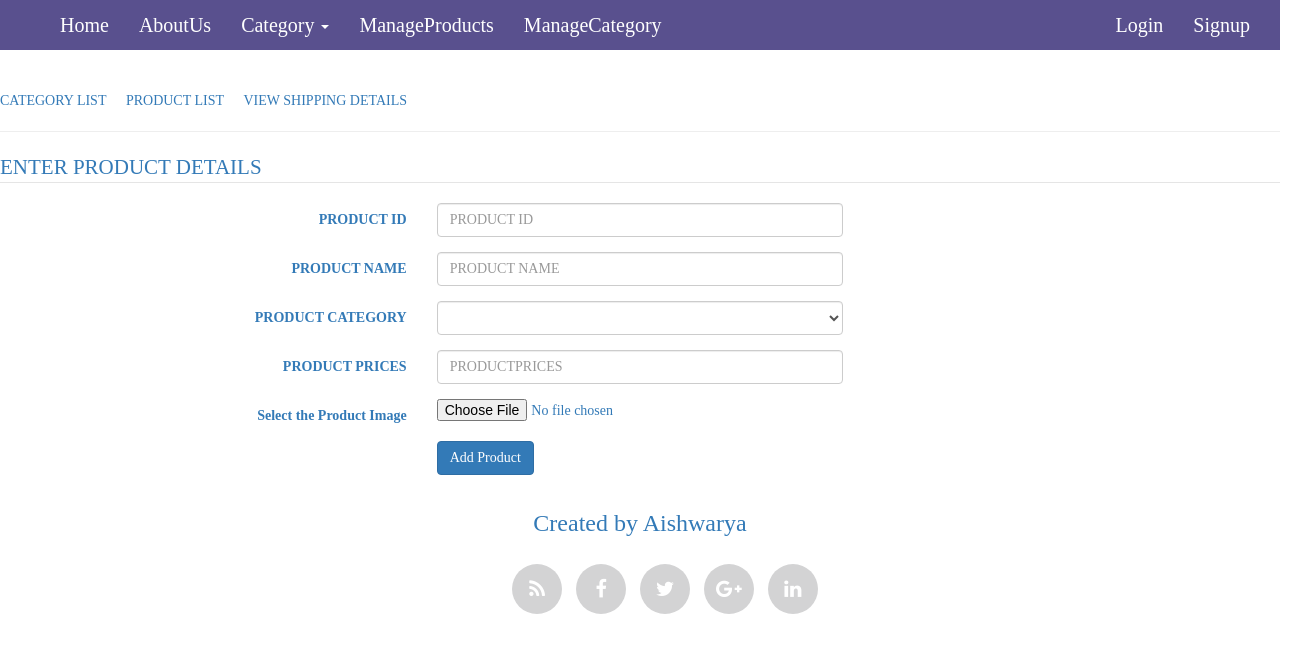
Repository: qwertuy/DTPROGRAMSPROJECTS
Page: http://localhost/Ecommerce/WEB-INF/views/Adding.jsp
An editor plug-in stored every save of this project. The page is shown before and after the next save, followed by the edit.
The browser window is 1280 px wide. The page is 1295 px wide, so the pictures cover 1295 px, including what lies to the right of the window. The pictures show the whole page.
Some web libraries are served in a nearby version. The page is served by Tomcat 9. Nobody is signed in. Other server files are loaded and not shown. The template is opened directly, without the code that normally fills it, so the values that code supplies are empty.

Above is the page before, as saved 2018-03-18 11:56:50.
Console error: SyntaxError: Unexpected token '{'

### Ecommerce/src/main/webapp/WEB-INF/views/Adding.jsp
<%@ page language="java" contentType="text/html; charset=ISO-8859-1"
    pageEncoding="ISO-8859-1"%>
<!DOCTYPE html PUBLIC "-//W3C//DTD HTML 4.01 Transitional//EN" "http://www.w3.org/TR/html4/loose.dtd">

<%@ taglib prefix="form" uri="http://www.springframework.org/tags/form"%>
<%@ taglib uri="http://java.sun.com/jsp/jstl/core" prefix="c"%>

<html>
<head>
<meta http-equiv="Content-Type" content="text/html; charset=ISO-8859-1">
<title>Insert title here</title>
<!-- To Access the Bootstrap link -->
<link rel="stylesheet" href="https://maxcdn.bootstrapcdn.com/bootstrap/3.3.7/css/bootstrap.min.css">
<script src="https://ajax.googleapis.com/ajax/libs/jquery/3.2.1/jquery.min.js"></script>
<script src="https://maxcdn.bootstrapcdn.com/bootstrap/3.3.7/js/bootstrap.min.js"></script>
<link href="//maxcdn.bootstrapcdn.com/font-awesome/4.1.0/css/font-awesome.min.css" rel="stylesheet">

</head>
<body>

<!-- AddProduct coding  started -->
<jsp:include page="header.jsp"></jsp:include><br><br>
<a href="categorylist" style="font-family: Baskerville Old Face;">CATEGORY LIST</a>&nbsp;&nbsp;&nbsp;&nbsp;
<!-- <a href="supplierlist" style="font-family: fantasy;">SUPPLIERLIST</a>&nbsp;&nbsp;&nbsp;&nbsp; -->
<a href="productlistview" style="font-family: Baskerville Old Face;">PRODUCT LIST</a>&nbsp;&nbsp;&nbsp;&nbsp;
<a href="viewshipdetails" style="font-family: Baskerville Old Face;">VIEW SHIPPING DETAILS</a>&nbsp;&nbsp;&nbsp;&nbsp;

<hr>
<form class="form-horizontal" action="addProduct" method="post" enctype="multipart/form-data">
<fieldset>

<!-- Form Name -->
<legend><a href="" style="colour:black;font-family:Aharoni">ENTER PRODUCT DETAILS</legend>


<!-- Text input-->
<div class="form-group">
  <label class="col-md-4 control-label" for="product_id"style="colour:black;font-family: Aharoni">PRODUCT ID</label>
  <div class="col-md-4">
  <input id="product_id"  name="id" placeholder="PRODUCT ID" class="form-control input-md" required="" type="text">

  </div>
</div>

<!-- Text input-->
<div class="form-group">
  <label class="col-md-4 control-label" for="product_name"style="colour:black;font-family: Aharoni">PRODUCT NAME</label>
  <div class="col-md-4">
  <input id="product_name" name="pname" placeholder="PRODUCT NAME" class="form-control input-md" required="" type="text">

  </div>
</div>


<!-- Select Basic -->
<div class="form-group">
  <label class="col-md-4 control-label" for="product_categorie"style="colour:black;font-family: Aharoni">PRODUCT CATEGORY</label>
  <div class="col-md-4">
    <select id="product_categorie" name="cid" class="form-control">

             <c:forEach var="cList" items="${clist}">

                <option value="${cList.categoryid}">${cList.categoryname}</option>
                </c:forEach>
    </select>
  </div>
</div>

<!-- Text input-->
<div class="form-group">
  <label class="col-md-4 control-label" for="product_prices"style="colour:black;font-family: Aharoni">PRODUCT PRICES</label>
  <div class="col-md-4">
  <input id="available_quantity" name="price" placeholder="PRODUCTPRICES" class="form-control input-md" required="" type="text">

  </div>
</div>

 <!-- File Button -->
<div class="form-group">
  <label class="col-md-4 control-label" for="filebutton"style="colour:black;font-family: Aharoni">Select the Product Image</label>
  <div class="col-md-4">
    <input id="filebutton" name="file" class="input-file" type="file">
  </div>
</div>

<!-- Button -->
<div class="form-group">
  <label class="col-md-4 control-label" for="singlebutton"></label>
  <div class="col-md-4">
    <button id="singlebutton" name="singlebutton" class="btn btn-primary"style="colour:black;font-family:Bradley Hand ITC">Add Product</button>
  </div>
  </div>

</fieldset>
</form>

      <%--  <!-- AddCategory -->

       <form class="form-horizontal" action="category"  method="post">
<fieldset>

<!-- Form Name -->
<legend>ADD CATEGORY</legend>

<!-- Text input-->
<div class="form-group">
  <label class="col-md-4 control-label" for="product_id">CATEGORY ID</label>
  <div class="col-md-4">
  <input id="category_id"  name="c_id" placeholder="CATEGORY ID" class="form-control input-md" required="" type="text">

  </div>
</div>

<!-- Text input-->
<div class="form-group">
  <label class="col-md-4 control-label" for="product_name">CATEGORY NAME</label>
  <div class="col-md-4">
  <input id="category_name" name="c_name" placeholder="CATEGORY NAME" class="form-control input-md" required="" type="text">

  </div>
</div>





<!-- Button -->
<div class="form-group">
  <label class="col-md-4 control-label" for="singlebutton"></label>
  <div class="col-md-4">
    <button id="singlebutton" name="singlebutton" class="btn btn-primary">AddCategory</button>
  </div>
  </div>

</fieldset>
</form> --%>
    <jsp:include page="footer.jsp"></jsp:include>


</body>
</html>

### Ecommerce/src/main/webapp/WEB-INF/views/header.jsp
<%@ page language="java" contentType="text/html; charset=ISO-8859-1"
    pageEncoding="ISO-8859-1"%>
    <%@ taglib prefix = "c" uri = "http://java.sun.com/jsp/jstl/core" %>
<!DOCTYPE html PUBLIC "-//W3C//DTD HTML 4.01 Transitional//EN" "http://www.w3.org/TR/html4/loose.dtd">
<html>
<head>
<meta http-equiv="Content-Type" content="text/html; charset=ISO-8859-1">
<title>BOHEMIAN</title>

 <link rel="stylesheet" href="https://maxcdn.bootstrapcdn.com/bootstrap/3.3.7/css/bootstrap.min.css">
  <script src="https://ajax.googleapis.com/ajax/libs/jquery/3.2.1/jquery.min.js"></script>
  <script src="https://maxcdn.bootstrapcdn.com/bootstrap/3.3.7/js/bootstrap.min.js"></script>
  <link href="//maxcdn.bootstrapcdn.com/font-awesome/4.1.0/css/font-awesome.min.css" rel="stylesheet">

<style type="text/css">
  .backgroundclr
  {
    background-color: #59508e;
  }
</style>

<!-- datatable -->
<link rel="stylesheet" href="https://maxcdn.bootstrapcdn.com/bootstrap/3.3.7/css/bootstrap.min.css" integrity="sha384-BVYiiSIFeK1dGmJRAkycuHAHRg32OmUcww7on3RYdg4Va+PmSTsz/K68vbdEjh4u" crossorigin="anonymous">

<link rel="stylesheet" type="text/css" href="./resources/css/dataTables.bootstrap.min.css"/>

<link rel="stylesheet" type="text/css" href="./resources/css/ss.css"/>


<link rel="stylesheet" type="text/css" href="./resources/css/datatables.css"/>


<link rel="stylesheet" type="text/css" href="./resources/css/datatables.min.css"/>

<script
  src="https://code.jquery.com/jquery-3.2.1.min.js"
  integrity="sha256-hwg4gsxgFZhOsEEamdOYGBf13FyQuiTwlAQgxVSNgt4="
  crossorigin="anonymous"></script>
  <script type="text/javascript" src="./resources/js/jquery.dataTables.min.js"></script>
<script type="text/javascript" src="./resources/js/dataTables.bootstrap.min.css"></script>

<script type="text/javascript">
$(document).ready(function(){
    $('.table').DataTable();
});
</script>
<!-- end -->
</head>
<body>
<nav class="backgroundclr">
	<div class="container-fluid">

		<div class="navbar-header">
			<button type="button" class="navbar-toggle collapsed"
				data-toggle="collapse" data-target="#bs-example-navbar-collapse-1"
				aria-expanded="false">
				<span class="sr-only">Toggle navigation</span> <span
					class="icon-bar"></span> <span class="icon-bar"></span> <span
					class="icon-bar"></span>
			</button>

			<a class="navbar-brand" href="./">
			<%-- 	<img src='<c:url value="./resources/images/boho.jpg" />' class="img-circle" width="50px" height="25px" /> --%>
			<%-- <img src="${pageContext.request.contextPath}/resources/images/weblog1.jpg" class="img-circle" width="50px" height="25px"/> --%>
			</a>
		</div>

		<div class="collapse navbar-collapse">
			<ul class="nav navbar-nav">
			  <li ><a href="" style="font-size:20px;color:white;font-family:Aharoni">Home</a></li>
				<li><a href="" style="font-size:20px;color:white;font-family:Aharoni">AboutUs</a></li>
				<li class="dropdown" style="font-family:Aharoni"><a href="#" class="dropdown-toggle" data-toggle="dropdown" role="button" aria-haspopup="true"
					aria-expanded="Aharoni"  style="font-size:20px;color:white">Category <span class="caret"></span></a>
					<ul class="dropdown-menu">

						<c:forEach items="${clist}" var="p">
						 <li><a href="categoryproductlist?id=${p.categoryid}">${p.categoryname}</a></li>
						 <%-- <li><a href='<c:url value="categoryproductlist?id=${p.categoryid}">${p.categoryname}"/>'</a></li> --%>
						</c:forEach>
						</li>

					</ul>

				</li>
					 <li style="font-family:Aharoni"><a href="<c:url value="/admin/add"/>" role="button" aria-haspopup="true"
					aria-expanded="false" style="font-size:20px;color:white">ManageProducts</a>

					<li style="font-family:Aharoni"><a href="<c:url value="/admin/add1"/>" role="button" aria-haspopup="true"
					aria-expanded="false" style="font-size:20px;color:white">ManageCategory</a>

					</li>


					</li>
					<!-- <li><a href="<c:url value="admin/productlistview"/>" style="font-family: fantasy;">PRODUCTLIST</a>-->
			</ul>


				<c:if test="${pageContext.request.userPrincipal.name  == 'admin'}">
                                <li><a href="<c:url value="/admin" />">Admin</a></li>
                 </c:if>
                 </ul>
			  <ul class="nav navbar-nav navbar-right">
			  <c:if test="${pageContext.request.userPrincipal.name == null }">
					<li>
					<%-- <a href=' <c:url value="/login" />'>Login</a> --%>
					</li>
					<li style="font-family:Aharoni" ><a href="<c:url value="admin/add"/>" role="button" aria-haspopup="Aharoni"
					aria-expanded="false" style="font-size:20px;color:white">Login</a> </li>
				<li style="font-family:Aharoni"><a href=' <c:url value="/reg" />'class="Aharoni" style="font-size:20px;color:white">Signup</a></li>

				</c:if>
				<c:if test="${pageContext.request.userPrincipal.name  != null}">
                               <li><a>Welcome: ${pageContext.request.userPrincipal.name}</a></li>
	              				<li><a href='<c:url value="/logout" />'>Signout</a></li>
                 </c:if>

				</ul>

		</div>
	</div>
</nav>
</body>
</html>

### Ecommerce/src/main/webapp/WEB-INF/views/footer.jsp
<%@ page language="java" contentType="text/html; charset=ISO-8859-1"
    pageEncoding="ISO-8859-1"%>
<!DOCTYPE html PUBLIC "-//W3C//DTD HTML 4.01 Transitional//EN" "http://www.w3.org/TR/html4/loose.dtd">
<html>
<head>
<meta http-equiv="Content-Type" content="text/html; charset=ISO-8859-1">
<title>BOHEMIAN</title>
<link rel="stylesheet" href="https://maxcdn.bootstrapcdn.com/bootstrap/3.3.7/css/bootstrap.min.css">
  <script src="https://ajax.googleapis.com/ajax/libs/jquery/3.2.1/jquery.min.js"></script>
  <script src="https://maxcdn.bootstrapcdn.com/bootstrap/3.3.7/js/bootstrap.min.js"></script>
  <link href="//maxcdn.bootstrapcdn.com/font-awesome/4.2.0/css/font-awesome.min.css" rel="stylesheet">
  <style type="text/css">


/*=========================
  Icons
 ================= */

/* footer social icons */
ul.social-network {
	list-style: none;
	display: inline;
	margin-left:0 !important;
	padding: 0;
}
ul.social-network li {
	display: inline;
	margin: 0 5px;
}


/* footer social icons */
.social-network a.icoRss:hover {
	background-color: #F56504;
}
.social-network a.icoFacebook:hover {
	background-color:#3B5998;
}
.social-network a.icoTwitter:hover {
	background-color:#33ccff;
}
.social-network a.icoGoogle:hover {
	background-color:#BD3518;
}
.social-network a.icoVimeo:hover {
	background-color:#0590B8;
}
.social-network a.icoLinkedin:hover {
	background-color:#007bb7;
}
.social-network a.icoRss:hover i, .social-network a.icoFacebook:hover i, .social-network a.icoTwitter:hover i,
.social-network a.icoGoogle:hover i, .social-network a.icoVimeo:hover i, .social-network a.icoLinkedin:hover i {
	color:#fff;
}
a.socialIcon:hover, .socialHoverClass {
	color:#44BCDD;
}

.social-circle li a {
	display:inline-block;
	position:relative;
	margin:0 auto 0 auto;
	-moz-border-radius:50%;
	-webkit-border-radius:50%;
	border-radius:50%;
	text-align:center;
	width: 50px;
	height: 50px;
	font-size:20px;
}
.social-circle li i {
	margin:0;
	line-height:50px;
	text-align: center;
}

.social-circle li a:hover i, .triggeredHover {
	-moz-transform: rotate(360deg);
	-webkit-transform: rotate(360deg);
	-ms--transform: rotate(360deg);
	transform: rotate(360deg);
	-webkit-transition: all 0.2s;
	-moz-transition: all 0.2s;
	-o-transition: all 0.2s;
	-ms-transition: all 0.2s;
	transition: all 0.2s;
}
.social-circle i {
	color: #fff;
	-webkit-transition: all 0.8s;
	-moz-transition: all 0.8s;
	-o-transition: all 0.8s;
	-ms-transition: all 0.8s;
	transition: all 0.8s;
}


  </style>
</head>
<body>
<center><h3>Created by Aishwarya</h3>
<!--Pulling Awesome Font -->



    			<div class="col-md-12">
                    <ul class="social-network social-circle">
                        <li><a href="#" class="icoRss" title="Rss" style="background-color: #D3D3D4"><i class="fa fa-rss"></i></a></li>
                        <li><a href="#" class="icoFacebook" title="Facebook" style="background-color: #D3D3D4"><i class="fa fa-facebook"></i></a></li>
                        <li><a href="#" class="icoTwitter" title="Twitter" style="background-color: #D3D3D4"><i class="fa fa-twitter"></i></a></li>
                        <li><a href="#" class="icoGoogle" title="Google +" style="background-color: #D3D3D4"><i class="fa fa-google-plus"></i></a></li>
                        <li><a href="#" class="icoLinkedin" title="Linkedin" style="background-color: #D3D3D4"><i class="fa fa-linkedin"></i></a></li>
                    </ul>
				</div>

</center>
</body>
</html>

### Ecommerce/src/main/webapp/resources/css/ss.css
@CHARSET "ISO-8859-1";
.c
{
	background: aqua;
}

Loaded but not shown: Ecommerce/src/main/webapp/resources/css/dataTables.bootstrap.min.css (library); Ecommerce/src/main/webapp/resources/css/datatables.css (common file); Ecommerce/src/main/webapp/resources/css/datatables.min.css (library); Ecommerce/src/main/webapp/resources/js/jquery.dataTables.min.js (library)

After the next save:
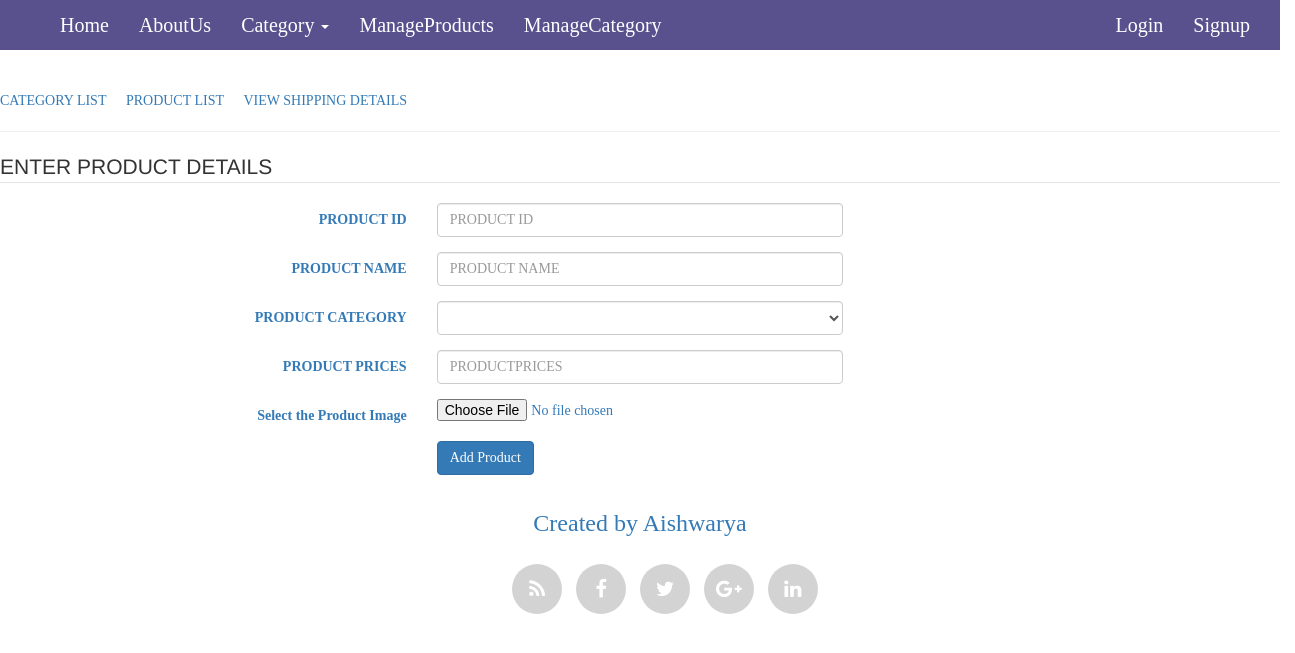
Saved 63 s later.
--- a/Ecommerce/src/main/webapp/WEB-INF/views/Adding.jsp
+++ b/Ecommerce/src/main/webapp/WEB-INF/views/Adding.jsp
@@ -30,7 +30,8 @@
 <fieldset>
 
 <!-- Form Name -->
-<legend><a href="" style="colour:black;font-family:Aharoni">ENTER PRODUCT DETAILS</legend>
+<legend>ENTER PRODUCT DETAILS</legend>
+<a href="" style="colour:black;font-family:Aharoni">
 
 
 <!-- Text input-->
